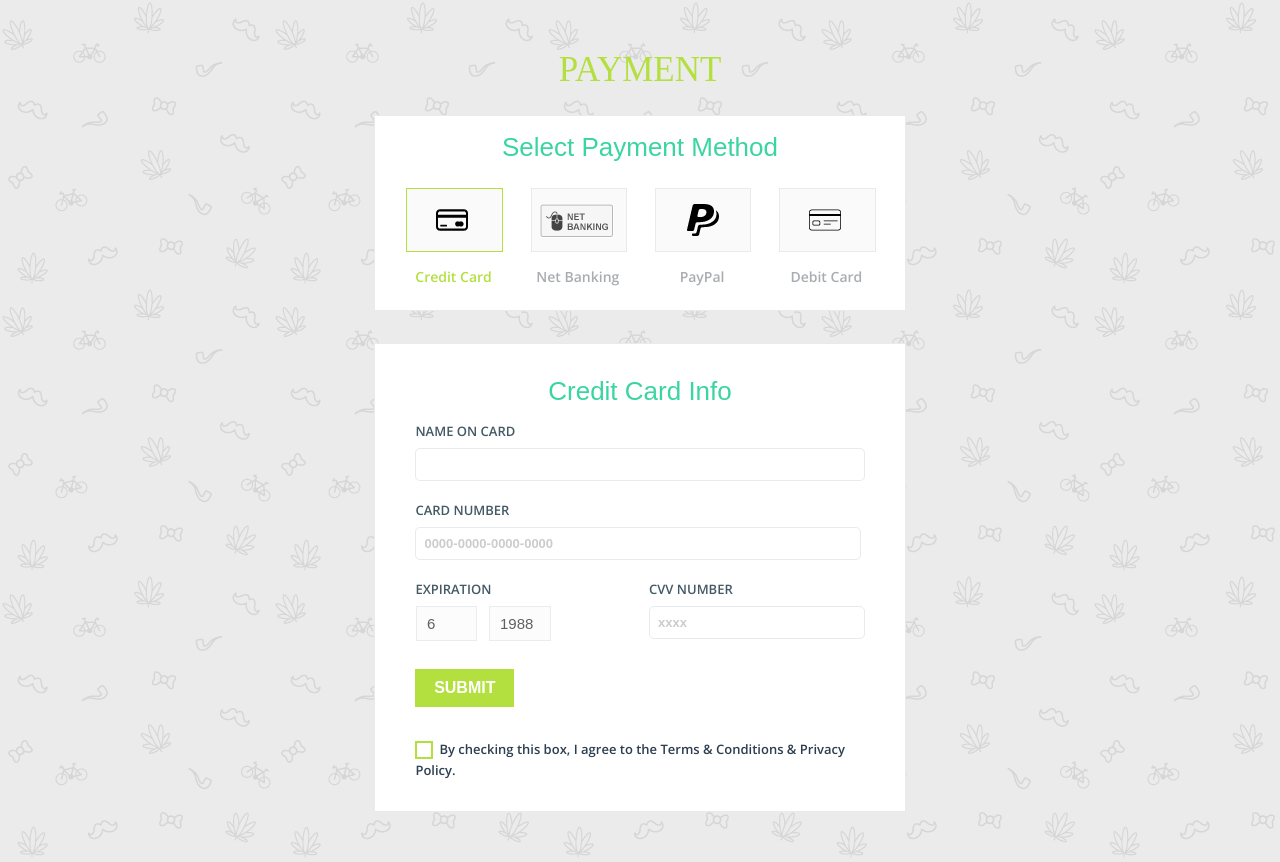
Repository: abinbabu/project-1-final
Page: http://localhost/shoppingcartfront/WEB-INF/views/lastpage.jsp
These files come from the project's save history. The page is drawn as it stood at one moment and after the next save; the edit follows.
The browser window is 1280 px wide. The pictures show the whole page.
Some web fonts or font styles are not loaded; a fallback is used. The page is served by Tomcat 9. Nobody is signed in. The template is opened directly, without the code that normally fills it, so the values that code supplies are empty.

Above is the page before, as saved 2016-08-21 09:34:42.

After the next save:
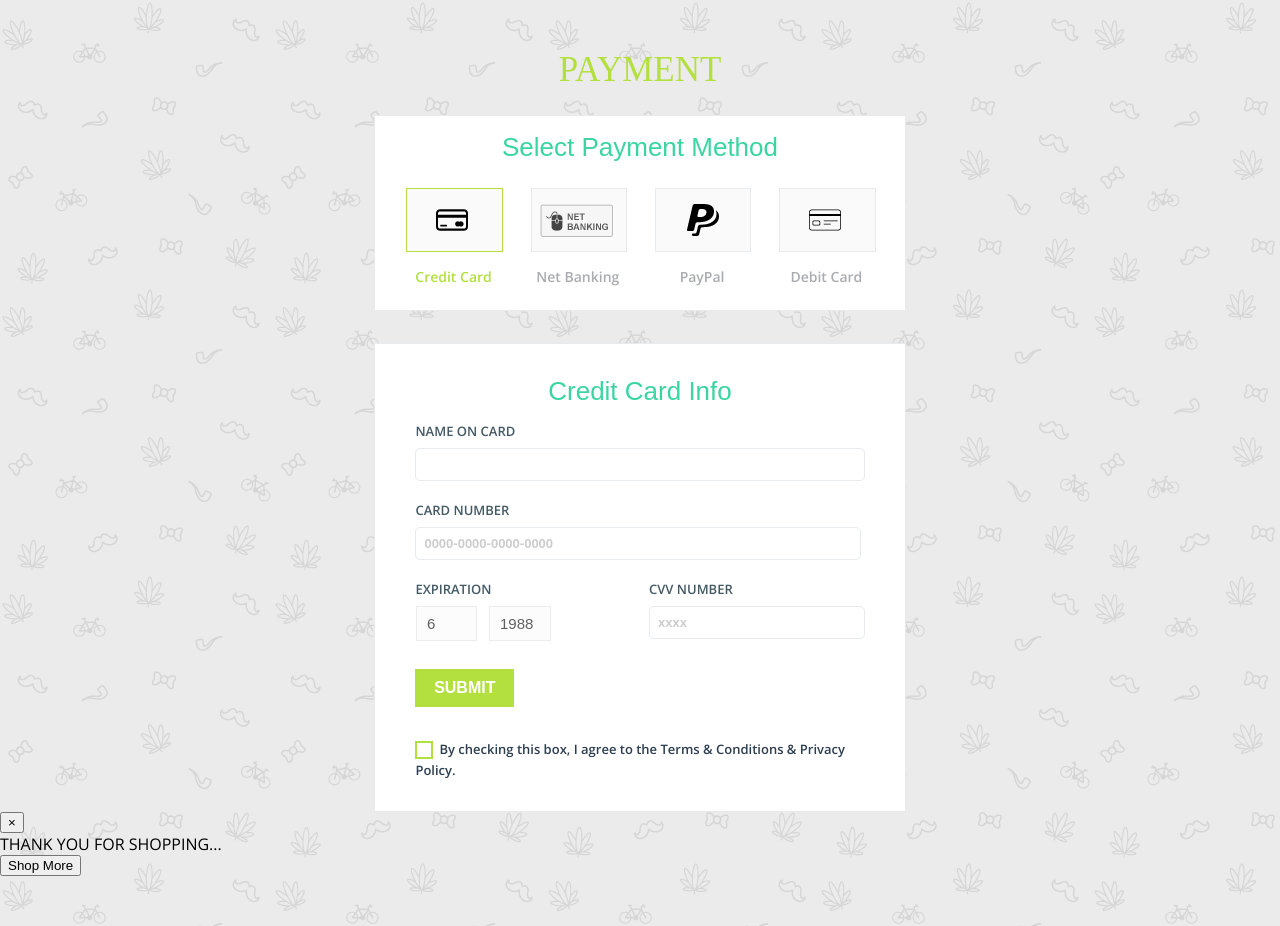
Saved 48 s later.
--- a/final complete/shoppingcartfront/src/main/webapp/WEB-INF/views/lastpage.jsp
+++ b/final complete/shoppingcartfront/src/main/webapp/WEB-INF/views/lastpage.jsp
@@ -199,6 +199,25 @@
 						</div>
 
 		</div>
+		<div class="modal fade" id="myModal" role="dialog">
+    <div class="modal-dialog">
+
+      <!-- Modal content-->
+      <div class="modal-content">
+        <div class="modal-header">
+          <button type="button" class="close" data-dismiss="modal">&times;</button>
+
+        </div>
+        <div class="modal-body">
+          <p>THANK YOU FOR SHOPPING...    </p>
+        </div>
+        <div class="modal-footer">
+          <button type="button" class="btn btn-default" data-dismiss="modal">Shop More</button>
+        </div>
+      </div>
+
+    </div>
+  </div>
 		</div>
 </body>
 </html>
